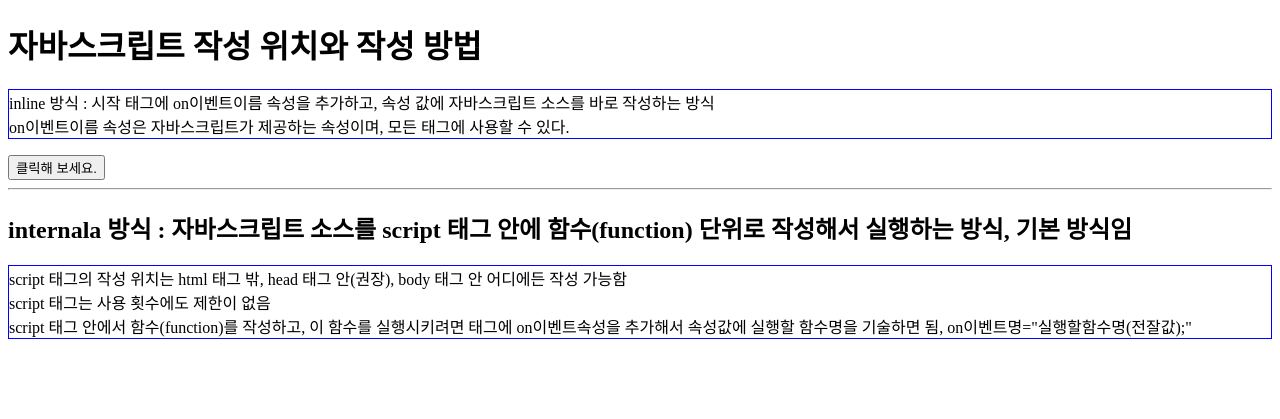
Repository: bianchi112/ict-data
Page: web_workspace/testJavaScriptProject/src/main/webapp/views/testjs/sample1.html
The author's editor kept a copy of each file at every save. The page is drawn from the files as they stood at one save, then again after the next save.
The browser window is 1280 px wide. The pictures show the whole page.

Above is the page before, as saved 2024-09-03 01:58:55.

### web_workspace/testJavaScriptProject/src/main/webapp/views/testjs/sample1.html
<!DOCTYPE html>
<html lang="ko">
<head>
<meta charset="UTF-8">
<title>sample1</title>
<style type="text/css">
p { border: 1px solid blue; }
</style>
</head>
<body>
<h1>자바스크립트 작성 위치와 작성 방법</h1>
<p id="demo1">
inline 방식 : 시작  태그에 on이벤트이름 속성을 추가하고, 속성 값에 자바스크립트 소스를 바로 작성하는 방식<br>
on이벤트이름 속성은 자바스크립트가 제공하는 속성이며, 모든 태그에 사용할 수 있다.
</p>
<button onclick="document.getElementById('demo1').innerHTML='onclick 속성에 자바스크립트를 직접 작성한 경우의 체스트 확인글!';">클릭해 보세요.</button> <br>
<hr>
<h2>internala 방식 : 자바스크립트 소스를 script 태그 안에 함수(function) 단위로 작성해서 실행하는 방식,
기본 방식임</h2>
<p id="demo2">
script 태그의 작성 위치는 html 태그 밖, head 태그 안(권장), body 태그 안 어디에든 작성 가능함 <br>
script 태그는 사용 횟수에도 제한이 없음 <br>
script 태그 안에서 함수(function)를 작성하고, 이 함수를 실행시키려면 태그에 on이벤트속성을 추가해서
속성값에 실행할 함수명을 기술하면 됨, on이벤트명="실행할함수명(전잘값);"
</p>
</body>
</html>

After the next save:
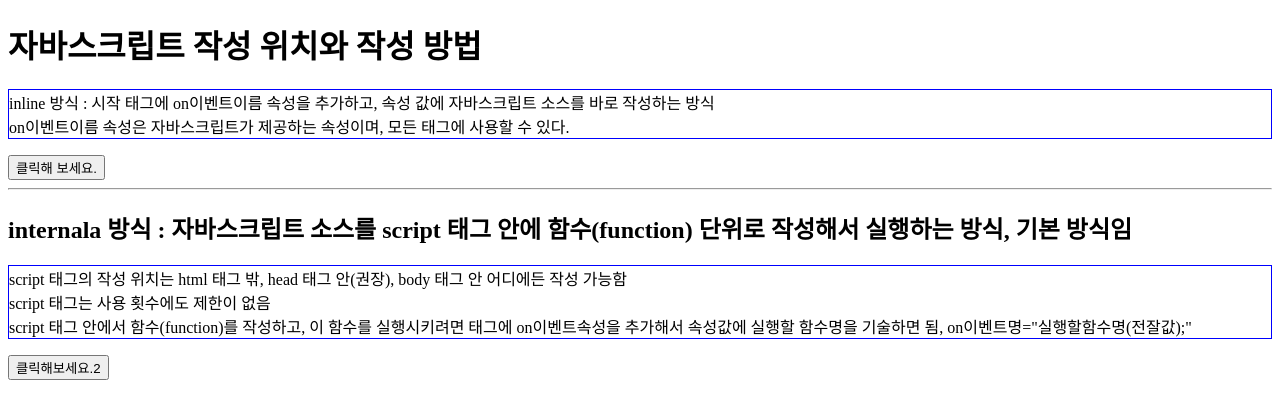
Saved 2 min 2 s later.
--- a/web_workspace/testJavaScriptProject/src/main/webapp/views/testjs/sample1.html
+++ b/web_workspace/testJavaScriptProject/src/main/webapp/views/testjs/sample1.html
@@ -23,5 +23,9 @@ script 태그는 사용 횟수에도 제한이 없음 <br>
 script 태그 안에서 함수(function)를 작성하고, 이 함수를 실행시키려면 태그에 on이벤트속성을 추가해서
 속성값에 실행할 함수명을 기술하면 됨, on이벤트명="실행할함수명(전잘값);"
 </p>
+<button>클릭해보세요.2</button>
+<script type="text/javascript">
+function myFunc1() {}
+</script>
 </body>
 </html>
